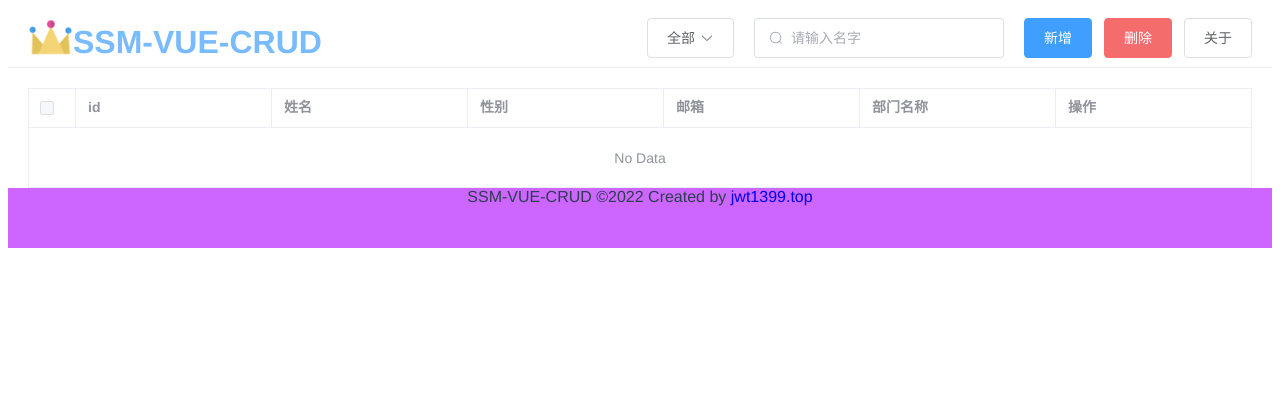
Repository: jwt1399/ssm-vue-crud
Page: / (app in ssm-crud-front/)
An editor plug-in stored every save of this project. The page is shown before and after the next save, followed by the edit.
The browser window is 1280 px wide. The pictures show the whole page.
The project was rebuilt for these pictures with package versions that can differ from the ones it lists, and the page was loaded fresh each time. Also part of the build but not shown: ssm-crud-front/vue.config.js.

Above is the page before, as saved 2022-06-09 12:45:21.

After the next save:
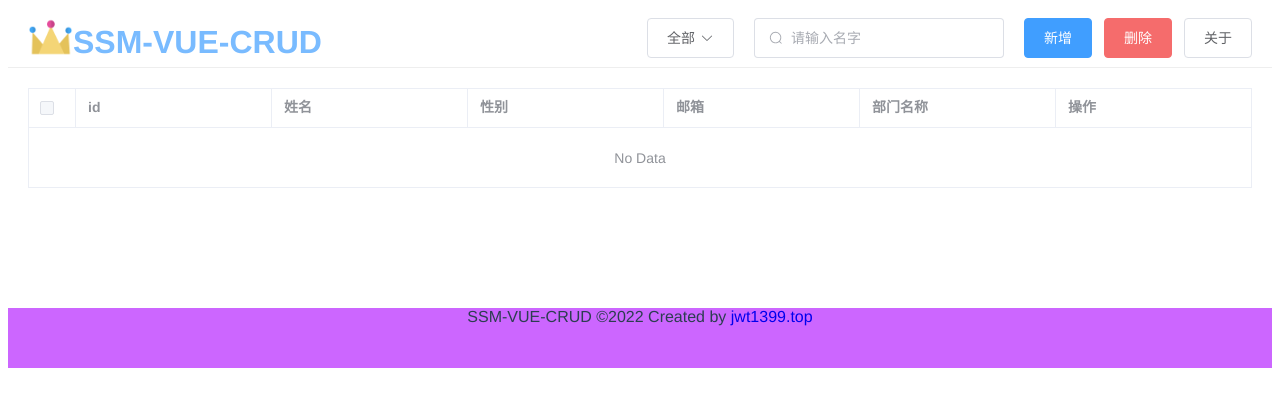
Saved 25 s later.
--- a/ssm-crud-front/src/components/Footer.vue
+++ b/ssm-crud-front/src/components/Footer.vue
@@ -16,7 +16,7 @@ export default{
 .footer {
     text-align: center;
     position: relative;
-    margin-top: -60px; /*等于footer的高度*/
+    margin-top: 60px; /*等于footer的高度*/
     height: 60px;
     clear:both;
     background: #c6f;
